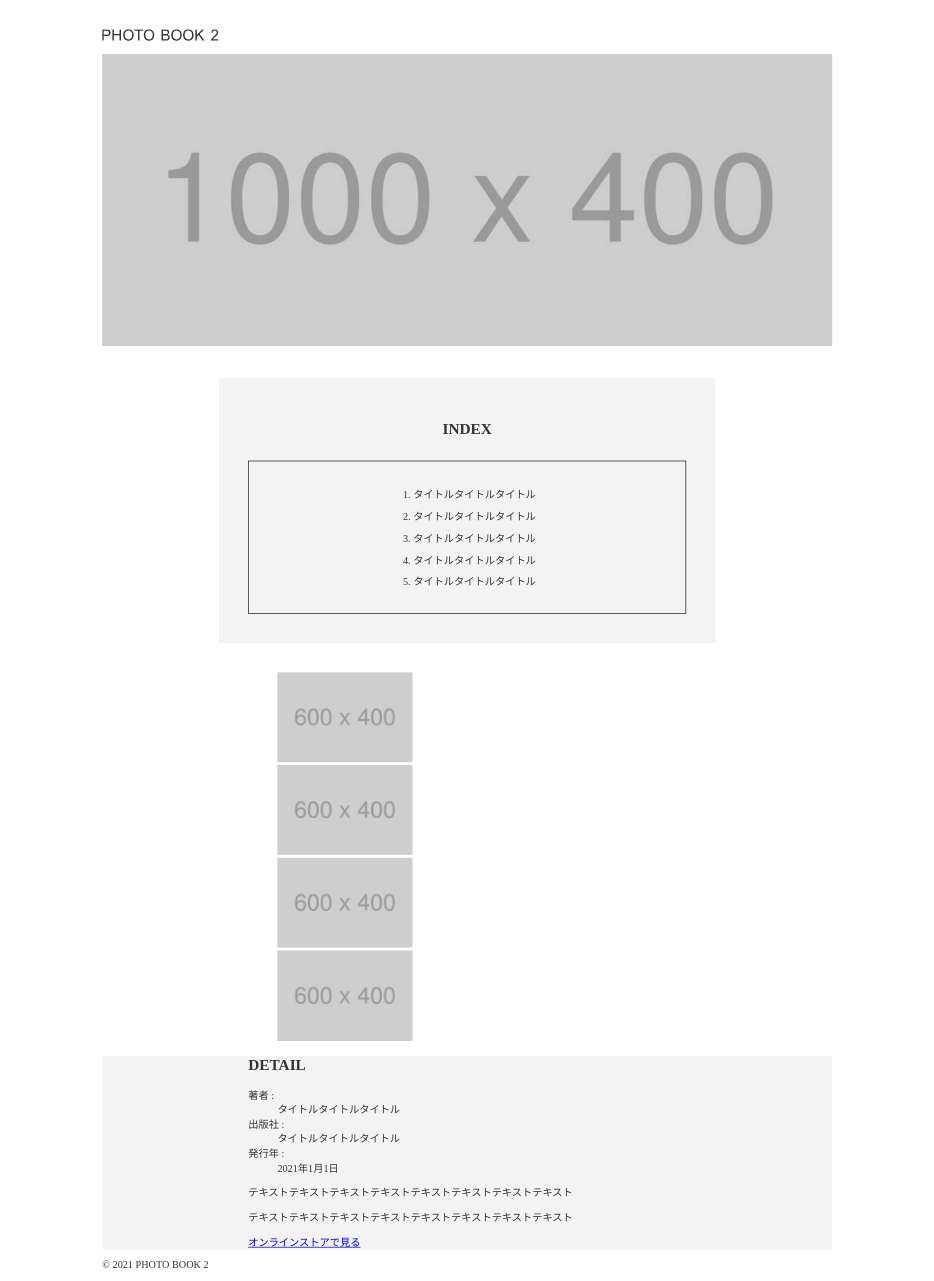
Repository: Fuki-san/photo-book-2
Page: http://localhost/photobook
An editor plug-in stored every save of this project. The page is shown before and after the next save, followed by the edit.
The browser window is 1280 px wide. The pictures show the whole page, at 73% of full size.
The page is served by the project's Laravel application, run on PHP 8.4 with Laravel 10. Other server files are loaded and not shown.

Above is the page before, as saved 2023-12-01 12:16:22.

### routes/web.php
<?php

use Illuminate\Support\Facades\Route;

/*
|--------------------------------------------------------------------------
| Web Routes
|--------------------------------------------------------------------------
|
| Here is where you can register web routes for your application. These
| routes are loaded by the RouteServiceProvider and all of them will
| be assigned to the "web" middleware group. Make something great!
|
*/

Route::get('/', function () {
    return view('welcome');
});

Route::get('photobook', function() {
    return view('photobook');
})->name('photobook');

### resources/views/photobook.blade.php
@extends('layouts.main')

@section('title', 'photobook')

@section('content')
    <div class="container">
        <header id="header">
            <h1 class="site-title"><a href="#"><img src="img/logo.svg" alt=""></a></h1>
        </header>

        <main>

            <div id="mainvisual">
                <img src="img/mainvisual.jpg" alt="">
            </div>

            <section id="index">
                <div class="inner">
                    <h2 class="sec-title">INDEX</h2>
                    <div class="index-inner">
                        <ol class="index-list">
                            <li>タイトルタイトルタイトル</li>
                            <li>タイトルタイトルタイトル</li>
                            <li>タイトルタイトルタイトル</li>
                            <li>タイトルタイトルタイトル</li>
                            <li>タイトルタイトルタイトル</li>
                        </ol>
                    </div>
                </div>
            </section>

                <div class="inner">
                    <ul class="list">
                        <li><img src="img/photo1.jpg" alt=""></li>
                        <li><img src="img/photo2.jpg" alt=""></li>
                        <li><img src="img/photo3.jpg" alt=""></li>
                        <li><img src="img/photo4.jpg" alt=""></li>
                    </ul>
                </div>

            <section id="detail">
                <div class="inner">
                    <h2 class="sec-title">DETAIL</h2>
                    <div class="flex">
                        <dl>
                            <dt>著者 : </dt>
                            <dd>タイトルタイトルタイトル</dd>
                            <dt>出版社 : </dt>
                            <dd>タイトルタイトルタイトル</dd>
                            <dt>発行年 : </dt>
                            <dd>2021年1月1日</dd>
                        </dl>
                        <div class="text">
                            <p>テキストテキストテキストテキストテキストテキストテキストテキスト</p>
                            <p>テキストテキストテキストテキストテキストテキストテキストテキスト</p>
                            <a href="#" class="link" target="_blank" rel="noopener noreferrer">オンラインストアで見る</a>
                        </div>
                    </div>
                </div>
            </section>
        </main>

        <footer id="footer">
            <p>&copy; 2021 PHOTO BOOK 2</p>
        </footer>

    </div>
@endsection

### resources/views/layouts/main.blade.php
<!DOCTYPE html>
<html lang="ja">
<head>
    <meta charset="UTF-8">
    <meta name="viewport" content="width=device-width, initial-scale=1.0">
    <meta http-equiv="X-UA-Compatible" content="ie=edge">
    <link rel="stylesheet" href="{{ asset('css/reset.css') }}">
    <link rel="stylesheet" href="{{ asset('css/style.css') }}">
    <link rel="icon" href="img/favicon.ico">
    <title>@yield('title')</title>
</head>
<body>
    @yield('content')
</body>
</html>

### public/css/style.css
@charset "utf-8";

html{
    font-size: 100%;
}
body{
    color: #333;
    font-size: 0.875rem;
}
img{
    max-width: 100%;
}
.container{
    max-width: 1000px;
    margin: 0 auto;
}
.inner{
    margin: 0 auto;
    max-width: 600px;
}

/* header */
#header{
    margin: 40px 0 10px 0;
}
#header .site-title{
    width: 160px;
    line-height: 1px;
}
#header .site-title a{
    display: block;
}
/* indexx */
#index .inner{
    background-color: #f3f3f3;
    padding: 40px;
    margin: 40px auto 40px auto;
}
#index .sec-title{
    display: flex;
    justify-content: center;
    margin-bottom: 30px;
}

#index .index-list{
    margin-left: 20px;
    justify-content: center;
    padding: 20px 40px;
}
#index .index-list li{
    margin-bottom: 10px;
}
#index .index-list li:last-child{
    margin-bottom: 0;
}
#index .index-inner{
    border: solid 1px #242424;
    display: flex;
    justify-content: center;
}

.list{
    display: flex;
    flex-wrap: wrap;
}
.list li{
    list-style: none;
}
.list img{
    width: 33%;
}

/* detaill */
#detail{
    background-color: #f3f3f3;
}

### public/img/logo.svg
<?xml version="1.0" encoding="utf-8"?>
<!-- Generator: Adobe Illustrator 15.1.0, SVG Export Plug-In . SVG Version: 6.00 Build 0)  -->
<!DOCTYPE svg PUBLIC "-//W3C//DTD SVG 1.1//EN" "http://www.w3.org/Graphics/SVG/1.1/DTD/svg11.dtd">
<svg version="1.1" id="レイヤー_1" xmlns="http://www.w3.org/2000/svg" xmlns:xlink="http://www.w3.org/1999/xlink" x="0px"
	 y="0px" width="1600px" height="156px" viewBox="0 0 1600 156" enable-background="new 0 0 1600 156" xml:space="preserve">
<g>
	<path fill="#333333" d="M0,152.092V2.65h56.373c9.92,0,17.498,0.477,22.731,1.428c7.34,1.223,13.49,3.552,18.451,6.982
		c4.96,3.433,8.953,8.241,11.978,14.425c3.022,6.185,4.536,12.98,4.536,20.387c0,12.709-4.043,23.463-12.129,32.264
		c-8.09,8.802-22.699,13.202-43.834,13.202h-38.33v60.754H0z M19.775,73.702h38.636c12.775,0,21.847-2.379,27.217-7.136
		c5.369-4.757,8.053-11.451,8.053-20.082c0-6.252-1.581-11.604-4.741-16.056c-3.16-4.45-7.324-7.391-12.487-8.817
		c-3.33-0.883-9.481-1.325-18.452-1.325H19.775V73.702z"/>
	<path fill="#333333" d="M139.859,152.092V2.65h19.776v61.367h77.677V2.65h19.775v149.441h-19.775V81.652h-77.677v70.439H139.859z"
		/>
	<path fill="#333333" d="M288.174,79.309c0-24.805,6.66-44.224,19.98-58.258C321.473,7.019,338.667,0,359.735,0
		c13.795,0,26.232,3.298,37.309,9.889c11.076,6.593,19.521,15.784,25.332,27.574c5.811,11.791,8.716,25.163,8.716,40.112
		c0,15.155-3.059,28.713-9.175,40.674c-6.116,11.961-14.781,21.016-25.993,27.166c-11.214,6.15-23.311,9.226-36.291,9.226
		c-14.067,0-26.641-3.398-37.717-10.194c-11.079-6.794-19.471-16.071-25.179-27.829C291.029,104.86,288.174,92.425,288.174,79.309z
		 M308.562,79.614c0,18.01,4.843,32.197,14.527,42.559c9.684,10.364,21.831,15.546,36.442,15.546
		c14.884,0,27.131-5.231,36.75-15.699c9.615-10.464,14.423-25.313,14.423-44.546c0-12.165-2.057-22.784-6.167-31.856
		c-4.112-9.071-10.126-16.106-18.043-21.101c-7.917-4.995-16.804-7.493-26.656-7.493c-14,0-26.046,4.81-36.137,14.425
		C313.608,41.065,308.562,57.121,308.562,79.614z"/>
	<path fill="#333333" d="M490.425,152.092V20.286h-49.237V2.65h118.451v17.636h-49.439v131.806H490.425z"/>
	<path fill="#333333" d="M570.14,79.309c0-24.805,6.658-44.224,19.979-58.258C603.438,7.019,620.632,0,641.7,0
		c13.794,0,26.23,3.298,37.309,9.889c11.076,6.593,19.522,15.784,25.331,27.574c5.813,11.791,8.717,25.163,8.717,40.112
		c0,15.155-3.059,28.713-9.176,40.674c-6.114,11.961-14.779,21.016-25.992,27.166s-23.311,9.226-36.291,9.226
		c-14.068,0-26.641-3.398-37.717-10.194c-11.078-6.794-19.47-16.071-25.179-27.829C572.994,104.86,570.14,92.425,570.14,79.309z
		 M590.526,79.614c0,18.01,4.843,32.197,14.527,42.559c9.685,10.364,21.83,15.546,36.442,15.546
		c14.883,0,27.132-5.231,36.748-15.699c9.615-10.464,14.424-25.313,14.424-44.546c0-12.165-2.057-22.784-6.166-31.856
		c-4.113-9.071-10.127-16.106-18.043-21.101c-7.918-4.995-16.804-7.493-26.658-7.493c-14,0-26.044,4.81-36.136,14.425
		C595.572,41.065,590.526,57.121,590.526,79.614z"/>
	<path fill="#333333" d="M812.43,152.092V2.65h56.066c11.416,0,20.573,1.514,27.472,4.537c6.896,3.024,12.3,7.68,16.209,13.966
		c3.907,6.286,5.861,12.861,5.861,19.724c0,6.39-1.732,12.404-5.198,18.044c-3.467,5.641-8.7,10.193-15.7,13.659
		c9.039,2.65,15.987,7.172,20.848,13.558c4.857,6.389,7.289,13.933,7.289,22.631c0,7-1.479,13.506-4.435,19.521
		c-2.957,6.016-6.612,10.652-10.958,13.915c-4.352,3.261-9.806,5.726-16.363,7.391c-6.558,1.666-14.593,2.497-24.106,2.497H812.43z
		 M832.206,65.444h32.313c8.768,0,15.053-0.576,18.859-1.733c5.027-1.493,8.818-3.975,11.366-7.439
		c2.548-3.468,3.822-7.815,3.822-13.049c0-4.961-1.188-9.328-3.567-13.099c-2.38-3.773-5.776-6.354-10.192-7.748
		c-4.419-1.393-11.997-2.09-22.733-2.09h-29.868V65.444z M832.206,134.457h37.208c6.386,0,10.872-0.237,13.455-0.715
		c4.552-0.814,8.358-2.173,11.417-4.077c3.058-1.901,5.571-4.672,7.544-8.308c1.971-3.634,2.956-7.832,2.956-12.589
		c0-5.571-1.428-10.414-4.281-14.526c-2.854-4.111-6.814-6.999-11.876-8.665c-5.063-1.664-12.354-2.497-21.865-2.497h-34.558
		V134.457z"/>
	<path fill="#333333" d="M946.479,79.309c0-24.805,6.659-44.224,19.979-58.258C979.776,7.019,996.972,0,1018.039,0
		c13.794,0,26.23,3.298,37.309,9.889c11.077,6.593,19.521,15.784,25.331,27.574c5.812,11.791,8.717,25.163,8.717,40.112
		c0,15.155-3.058,28.713-9.175,40.674s-14.781,21.016-25.994,27.166s-23.311,9.226-36.29,9.226
		c-14.068,0-26.641-3.398-37.717-10.194c-11.078-6.794-19.47-16.071-25.18-27.829C949.332,104.86,946.479,92.425,946.479,79.309z
		 M966.865,79.614c0,18.01,4.842,32.197,14.526,42.559c9.685,10.364,21.83,15.546,36.442,15.546
		c14.884,0,27.133-5.231,36.749-15.699c9.615-10.464,14.424-25.313,14.424-44.546c0-12.165-2.057-22.784-6.166-31.856
		c-4.113-9.071-10.127-16.106-18.044-21.101c-7.917-4.995-16.803-7.493-26.657-7.493c-14.001,0-26.044,4.81-36.136,14.425
		C971.91,41.065,966.865,57.121,966.865,79.614z"/>
	<path fill="#333333" d="M1108.865,79.309c0-24.805,6.66-44.224,19.979-58.258C1142.163,7.019,1159.357,0,1180.426,0
		c13.794,0,26.23,3.298,37.31,9.889c11.076,6.593,19.521,15.784,25.332,27.574c5.811,11.791,8.715,25.163,8.715,40.112
		c0,15.155-3.059,28.713-9.175,40.674c-6.115,11.961-14.779,21.016-25.993,27.166s-23.312,9.226-36.29,9.226
		c-14.068,0-26.642-3.398-37.719-10.194c-11.078-6.794-19.469-16.071-25.177-27.829
		C1111.719,104.86,1108.865,92.425,1108.865,79.309z M1129.254,79.614c0,18.01,4.842,32.197,14.525,42.559
		c9.684,10.364,21.831,15.546,36.442,15.546c14.882,0,27.131-5.231,36.749-15.699c9.615-10.464,14.424-25.313,14.424-44.546
		c0-12.165-2.057-22.784-6.167-31.856c-4.113-9.071-10.127-16.106-18.043-21.101c-7.917-4.995-16.804-7.493-26.658-7.493
		c-13.999,0-26.044,4.81-36.135,14.425C1134.298,41.065,1129.254,57.121,1129.254,79.614z"/>
	<path fill="#333333" d="M1276.45,152.092V2.65h19.776V76.76l74.211-74.109h26.81l-62.691,60.552l65.444,88.89h-26.096
		l-53.213-75.638l-24.465,23.854v51.784H1276.45z"/>
</g>
<path fill="#333333" d="M1588.863,134.712v17.636h-98.777c-0.138-4.417,0.575-8.665,2.14-12.743
	c2.514-6.728,6.54-13.354,12.079-19.878c5.539-6.523,13.541-14.067,24.008-22.63c16.242-13.319,27.218-23.87,32.926-31.652
	c5.709-7.78,8.563-15.138,8.563-22.069c0-7.271-2.601-13.405-7.799-18.4c-5.199-4.995-11.978-7.492-20.337-7.492
	c-8.835,0-15.902,2.65-21.203,7.951s-7.986,12.641-8.053,22.019l-18.859-1.937c1.29-14.067,6.149-24.787,14.577-32.162
	c8.427-7.373,19.741-11.061,33.946-11.061c14.338,0,25.688,3.976,34.048,11.927c8.358,7.951,12.538,17.807,12.538,29.563
	c0,5.981-1.224,11.86-3.67,17.636c-2.446,5.776-6.508,11.86-12.182,18.247c-5.676,6.389-15.104,15.155-28.288,26.3
	c-11.009,9.243-18.078,15.513-21.203,18.808c-3.127,3.298-5.708,6.61-7.747,9.939H1588.863z"/>
</svg>

After the next save:
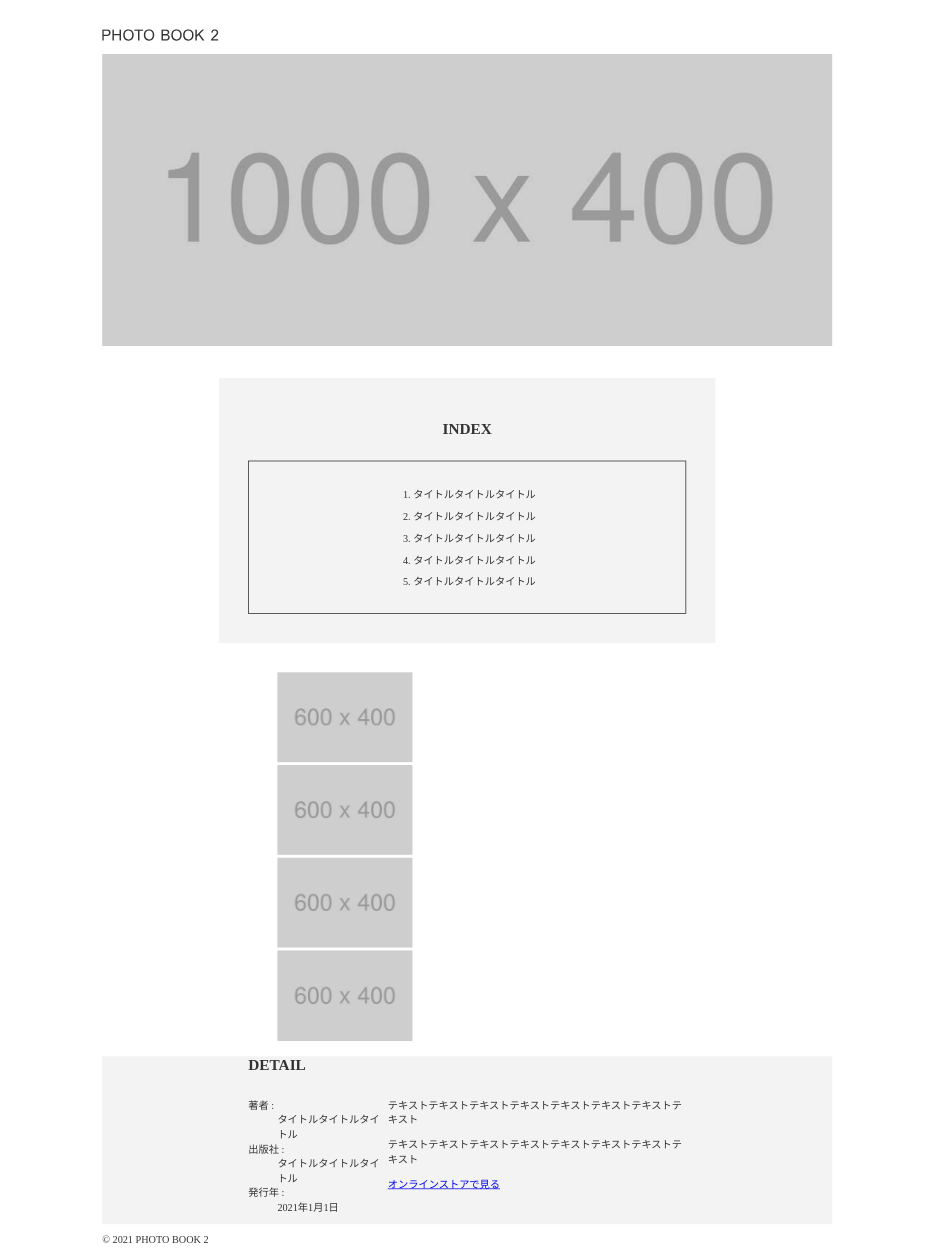
Saved 21 s later.
--- a/public/css/style.css
+++ b/public/css/style.css
@@ -74,3 +74,6 @@ img{
 #detail{
     background-color: #f3f3f3;
 }
+.flex{
+    display: flex;
+}
